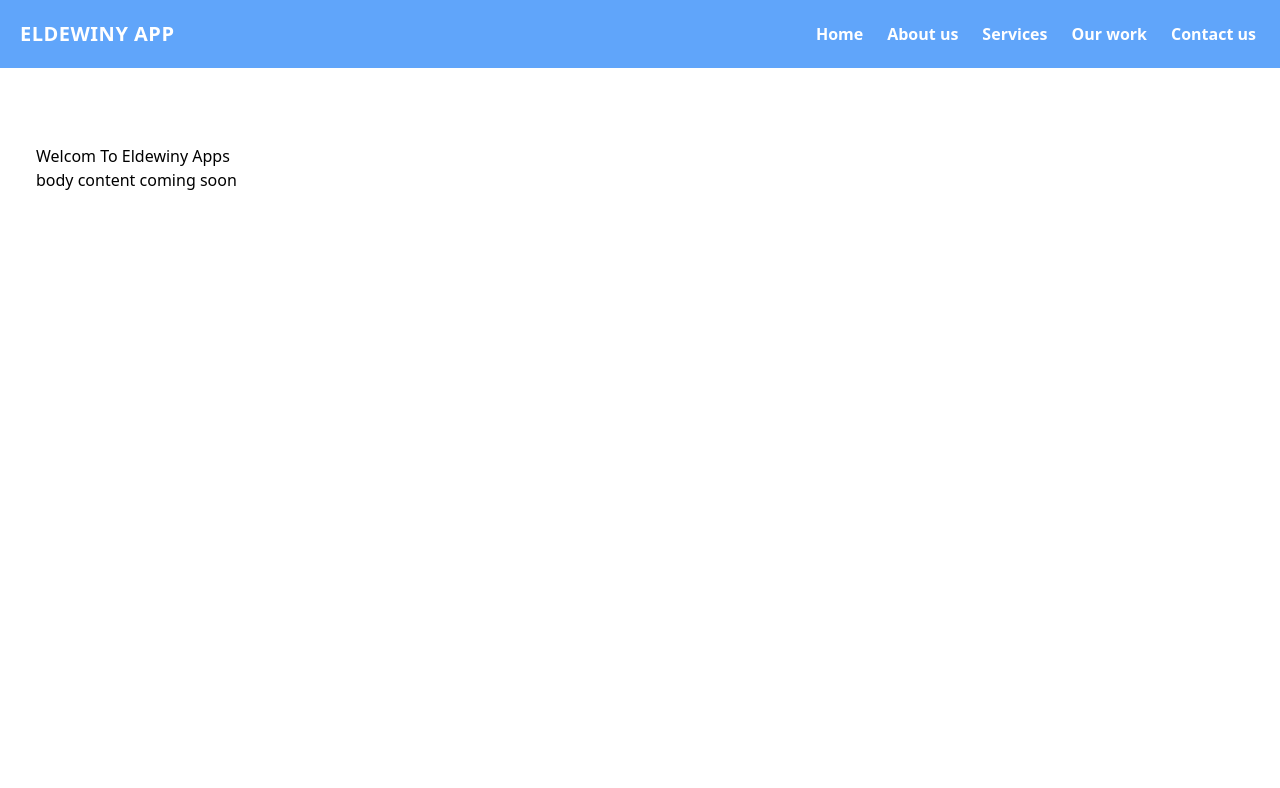
Repository: amroeldewiny/nextjs-layout
Page: /
The author's editor kept a copy of each file at every save. The page is drawn from the files as they stood at one save, then again after the next save.
The browser window is 1280 px wide. The pictures show the whole page.
The project was rebuilt for these pictures with package versions that can differ from the ones it lists, and the page was loaded fresh each time. The framework's server and built-in components were replaced by stand-ins that run in the browser. Also part of the build but not shown: next.config.js.

Above is the page before, as saved 2021-01-22 14:07:18.

### pages/index.js
import Layout from '../components/Layout'
export default function Home() {
  return (
    <Layout>
      <h1>Welcom To Eldewiny Apps</h1>
      <p>body content coming soon</p>
    </Layout>
  )
}

### components/Layout.js
import Navbar from './Navbar';
import "../styles/sass/style.scss";

const Layout = props => (
    <>
        <Navbar />
        <main className='bg-white h-screen p-3'>
            <div class="container mx-auto pt-24 md:pt-16 px-6">
                {props.children}
            </div>
        </main>
    </>
);

export default Layout;

### components/Navbar.js
/*  ./components/Navbar.jsx     */
import Link from 'next/link';
import { useState } from 'react';
import "../styles/sass/style.scss";

const Navbar = () => {
    const [active, setActive] = useState(false);

    const handleClick = () => {
        setActive(!active);
    };

    return (
        <>
            <nav className='flex items-center flex-wrap bg-blue-400 p-3 '>
                <Link href='/'>
                    <a className='inline-flex items-center p-2 mr-4 '>
                        <span className='text-xl text-white font-bold uppercase tracking-wide'>
                            Eldewiny App
                        </span>
                    </a>
                </Link>
                <button
                    className=' inline-flex p-3 hover:bg-blue-500 rounded lg:hidden text-white ml-auto hover:text-white outline-none'
                    onClick={handleClick}>
                    <svg
                        className='w-6 h-6'
                        fill='none'
                        stroke='currentColor'
                        viewBox='0 0 24 24'
                        xmlns='http://www.w3.org/2000/svg'
                    >
                        <path
                            strokeLinecap='round'
                            strokeLinejoin='round'
                            strokeWidth={2}
                            d='M4 6h16M4 12h16M4 18h16'
                        />
                    </svg>
                </button>
                {/*Note that in this div we will use a ternary operator to decide whether or not to display the content of the div  */}
                <div
                    className={`${active ? '' : 'hidden'
                        }   w-full lg:inline-flex lg:flex-grow lg:w-auto`}>
                    <div className='lg:inline-flex lg:flex-row lg:ml-auto lg:w-auto w-full lg:items-center items-start  flex flex-col lg:h-auto'>
                        <Link href='/'>
                            <a className='lg:inline-flex lg:w-auto w-full px-3 py-2 rounded text-white font-bold items-center justify-center hover:bg-blue-500 hover:text-white '>
                                Home
                            </a>
                        </Link>
                        <Link href='/about'>
                            <a className='lg:inline-flex lg:w-auto w-full px-3 py-2 rounded text-white font-bold items-center justify-center hover:bg-blue-500 hover:text-white'>
                                About us
                            </a>
                        </Link>
                        <Link href='/services'>
                            <a className='lg:inline-flex lg:w-auto w-full px-3 py-2 rounded text-white font-bold items-center justify-center hover:bg-blue-500 hover:text-white'>
                                Services
                            </a>
                        </Link>
                        <Link href='/work'>
                            <a className='lg:inline-flex lg:w-auto w-full px-3 py-2 rounded text-white font-bold items-center justify-center hover:bg-blue-500 hover:text-white'>
                                Our work
                            </a>
                        </Link>
                        <Link href='/contact'>
                            <a className='lg:inline-flex lg:w-auto w-full px-3 py-2 rounded text-white font-bold items-center justify-center hover:bg-blue-500 hover:text-white'>
                                Contact us
                            </a>
                        </Link>
                    </div>
                </div>
            </nav>
        </>
    );
};

export default Navbar;

### styles/sass/style.scss
@import "tailwindcss/base";
@import "tailwindcss/components";
@import "tailwindcss/utilities";

### tailwind.config.js
// tailwind.config.js
module.exports = {
    theme: {},
    variants: {},
    plugins: [],
}

Loaded but not shown: pages/_app.js (common file); styles/globals.scss (common file)

After the next save:
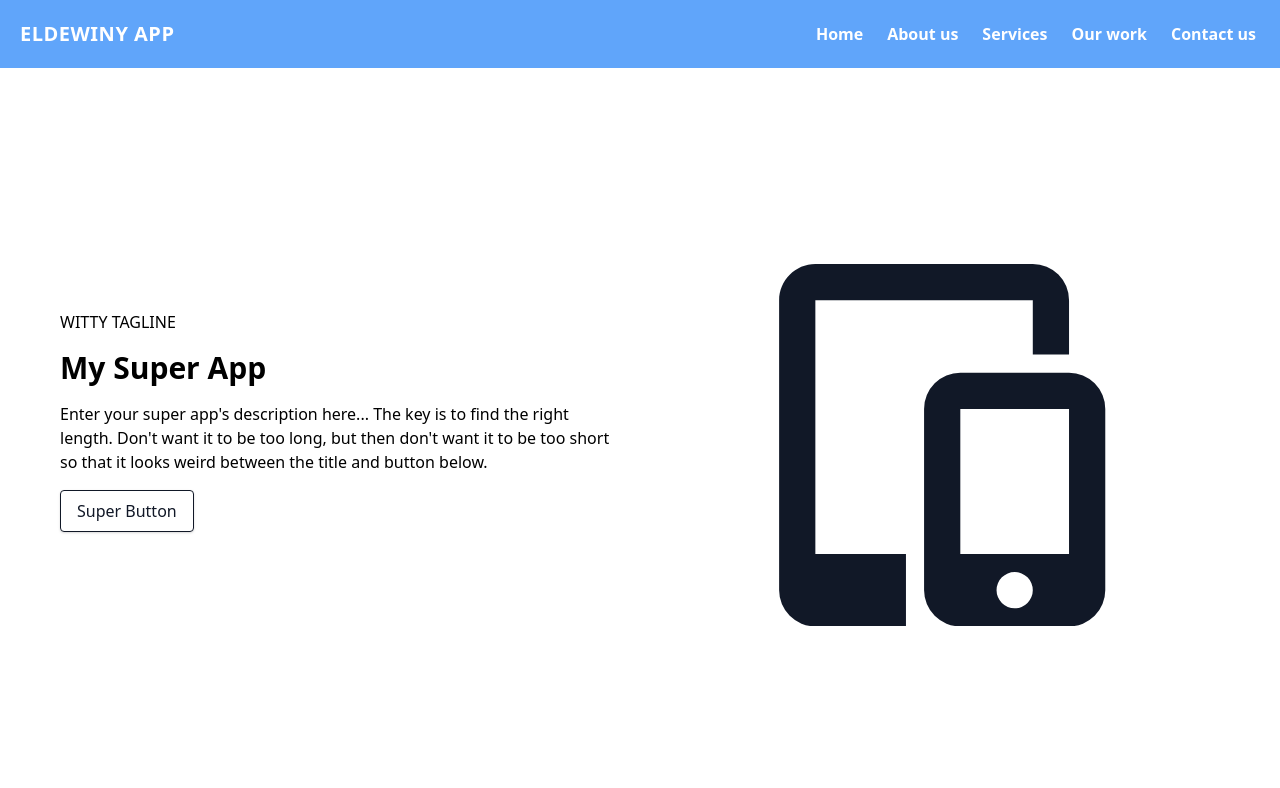
Saved 71 s later.
--- a/pages/index.js
+++ b/pages/index.js
@@ -2,8 +2,19 @@
 export default function Home() {
   return (
     <Layout>
-      <h1>Welcom To Eldewiny Apps</h1>
-      <p>body content coming soon</p>
+      <div className="container mx-auto flex flex-col md:flex-row items-center my-12 md:my-24">
+        <div className="flex flex-col w-full lg:w-1/2 justify-center items-start pt-12 pb-24 px-6">
+          <p className="uppercase tracking-loose">Witty Tagline</p>
+          <h1 className="font-bold text-3xl my-4">My Super App</h1>
+          <p className="leading-normal mb-4">Enter your super app's description here... The key is to find the right length.  Don't want it to be too long, but then don't want it to be too short so that it looks weird between the title and button below.</p>
+          <button className="bg-transparent hover:bg-gray-900 text-gray-900 hover:text-white rounded shadow hover:shadow-lg py-2 px-4 border border-gray-900 hover:border-transparent">Super Button</button>
+        </div>
+        <div className="w-full lg:w-1/2 lg:py-6 text-center">
+          <svg className="fill-current text-gray-900 w-3/5 mx-auto" xmlns="http://www.w3.org/2000/svg" viewBox="0 0 20 20"><path d="M17 6V5h-2V2H3v14h5v4h3.25H11a2 2 0 0 1-2-2V8a2 2 0 0 1 2-2h6zm-5.75 14H3a2 2 0 0 1-2-2V2c0-1.1.9-2 2-2h12a2 2 0 0 1 2 2v4a2 2 0 0 1 2 2v10a2 2 0 0 1-2 2h-5.75zM11 8v8h6V8h-6zm3 11a1 1 0 1 0 0-2 1 1 0 0 0 0 2z" /></svg>
+        </div>
+
+      </div>
+
     </Layout>
   )
 }
